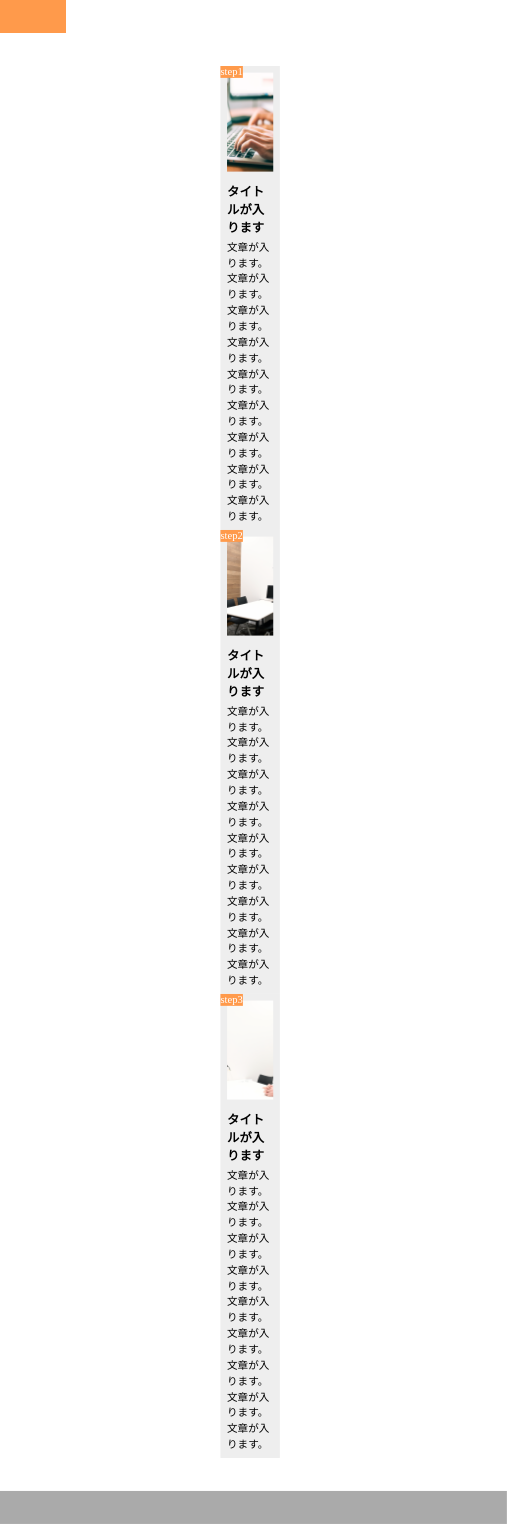
Repository: hayase-m/Webcamp
Page: chapter10/chapter10.html
The author's editor kept a record of every edit. The page is drawn from the files as they stood at one moment, then again after the next edit.
The browser window is 768 px wide. The pictures show the whole page, at 66% of full size.

Above is the page before.

### chapter10/chapter10.html
<!DOCTYPE html>
<html lang="ja">
  <head>
    <meta charset="UTF-8" />
    <meta name="viewport" content="width=device-width,initial-scale=1.0">

    <title>10章課題</title>
    <link rel="stylesheet" href="style10.css" />
  </head>

  <body>
    <header></header>
    <main>
      <div class="step-box">
        <div class="step-img1"></div>
        <span class="step-num">step1</span>
        <h3 class="title">タイトルが入ります</h3>
        <p class="text">
          文章が入ります。文章が入ります。文章が入ります。文章が入ります。文章が入ります。文章が入ります。文章が入ります。文章が入ります。文章が入ります。
        </p>
      </div>

      <div class="step-box">
        <div class="step-img2"></div>
        <span class="step-num">step2</span>
        <h3 class="title">タイトルが入ります</h3>
        <p class="text">
          文章が入ります。文章が入ります。文章が入ります。文章が入ります。文章が入ります。文章が入ります。文章が入ります。文章が入ります。文章が入ります。
        </p>
      </div>

      <div class="step-box">
        <div class="step-img3"></div>
        <span class="step-num">step3</span>
        <h3 class="title">タイトルが入ります</h3>
        <p class="text">
          文章が入ります。文章が入ります。文章が入ります。文章が入ります。文章が入ります。文章が入ります。文章が入ります。文章が入ります。文章が入ります。
        </p>
      </div>
    </main>
    <footer></footer>
  </body>

</html>

### chapter10/style10.css
* {
  box-sizing: border-box;
  margin: 0;
  padding: 0;
}

header {
  height: 50px;
  background-color: #ff9a4b;
}

main {
  width: 960px;
  margin: 50px auto;
  display: flex;
}

.step-box {
  width: 300px;
  margin-right: 30px;
  padding: 10px;
  position: relative;
  background-color: #eee;
}

.step-box:last-child {
  margin-right: 0;
}

.step-img1 {
  height: 150px;
  background-image: url(img/flow01.png);
  background-position: bottom;
  background-size: cover;
}

.step-img2 {
  height: 150px;
  background-image: url(img/flow02.png);
  background-position: bottom;
  background-size: cover;
}

.step-img3 {
  height: 150px;
  background-image: url(img/flow03.png);
  background-position: bottom;
  background-size: cover;
}

.step-num {
  position: absolute;
  top: 0;
  left: 0;
  background-color: #ff9a4b;
  color: #fff;
}

.title {
  margin: 15px 0 5px;
}

footer {
  height: 50px;
  background-color: #aaa;
}

@media screen and (max-width: 768px) {
  header {
    width: 100px;
    margin-bottom: 50px;
  }

  main {
    width: 100px;
    display: block;
  }

  .step-box {
    width: 90% ;

  }
}

After the next edit:
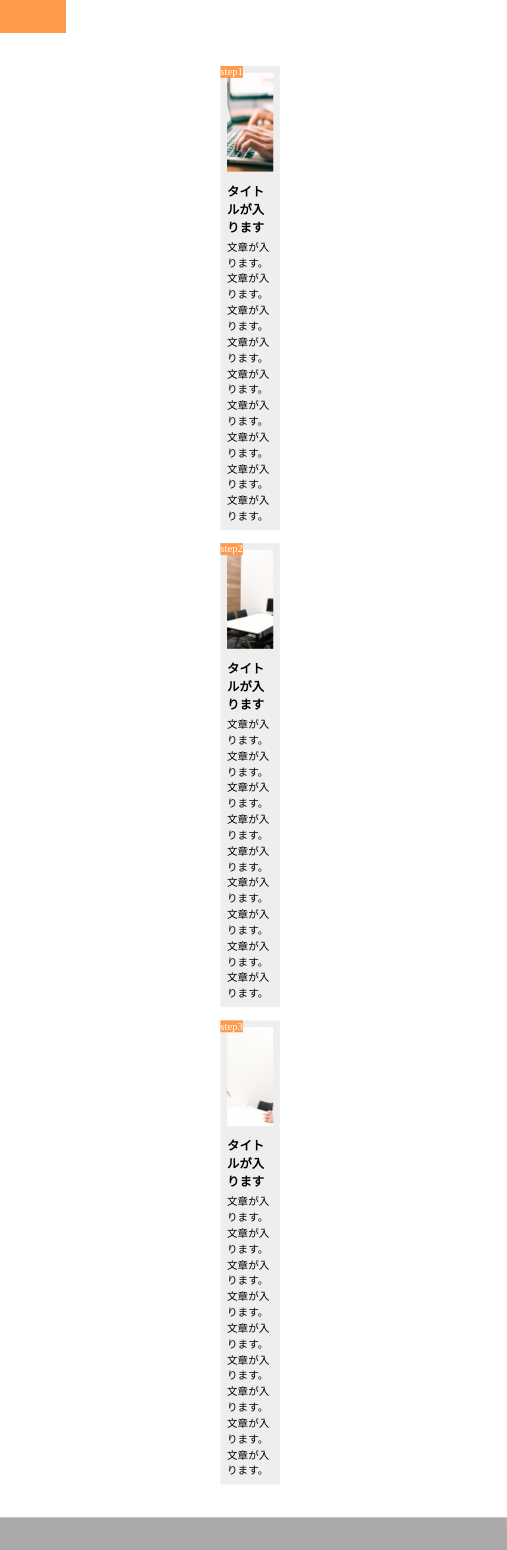
The edit:
--- a/chapter10/style10.css
+++ b/chapter10/style10.css
@@ -78,6 +78,10 @@
 
   .step-box {
     width: 90% ;
+    margin-bottom: 20px;
+  }
 
+  .step-box:last-child {
+    margin-bottom: 0;
   }
 }
